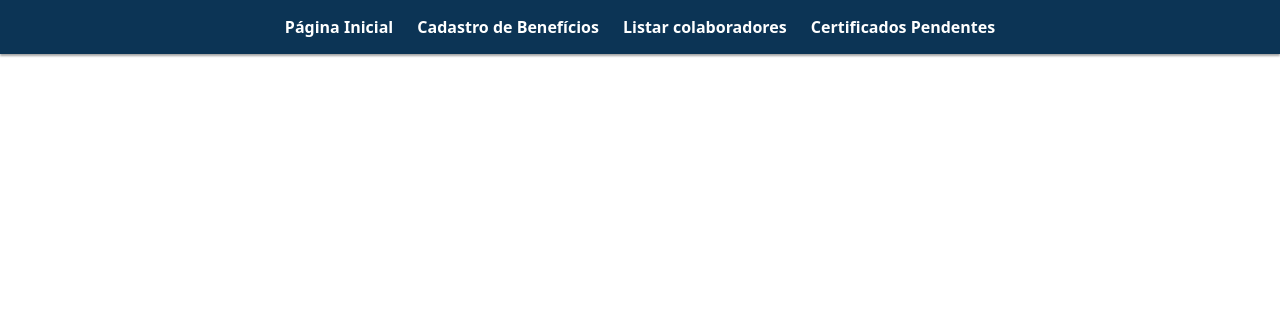
Repository: mumuryllo/ProjetoZupPointsCatalisa5
Page: ZuPointsCatalisa5 Front-End/gestor.html
An editor plug-in stored every save of this project. The page is shown before and after the next save, followed by the edit.
The browser window is 1280 px wide. The pictures show the whole page.

Above is the page before, as saved 2023-10-12 18:02:59.

### ZuPointsCatalisa5 Front-End/gestor.html
<!DOCTYPE html>
<html lang="en">
<head>
    <meta charset="UTF-8">
    <meta name="viewport" content="width=device-width, initial-scale=1.0">
    <title>Gestor</title>

    <link rel="stylesheet" href="style/nav-bar.css">

    <link href="https://cdn.jsdelivr.net/npm/bootstrap@5.3.2/dist/css/bootstrap.min.css" rel="stylesheet"
    integrity="sha384-T3c6CoIi6uLrA9TneNEoa7RxnatzjcDSCmG1MXxSR1GAsXEV/Dwwykc2MPK8M2HN" crossorigin="anonymous">


</head>
<body>

    <nav>
        <a href="index.html">Página Inicial</a>
        <a href="cadastro.html">Cadastro de Benefícios</a>
        <a href="buscarTodos.html">Listar colaboradores</a>
        <a href="listagem_certficados_gestor.html">Certificados Pendentes</a>
    </nav>

</body>

</html>

### ZuPointsCatalisa5 Front-End/style/nav-bar.css
:root {
    --cor0: #0e1a33;
    --cor1: #061b2c;
    --cor2: #0c3455;
    --cor3: #8dc63F;
    --cor4: #40ba84;
    --cor5: #ef4123;
    --cor6: #f7941e;
    --cor7: #909090;
    --cor8: #ffffff;

    --fonte-padrao: Arial, Verdana, Helvetica, sans-serif;
    --fonte-destaque: 'Bebas Neue', cursive;
}

header {
    background-image: linear-gradient(to bottom, var(--cor0), var(--cor2));
    text-align: center;
    min-height: 150px;
    padding-top: 30px;
}

header>h1 {
    color: var(--cor8);
    font-weight: normal;
    font-size: 3em;
    margin-bottom: 20px;
    text-shadow: 2px 2px 0 rgba(0, 0, 0, 0.466);
}

header>p {
    color: var(--cor8);
    font-size: 1.2em;
    padding-left: 10px;
    padding-right: 10px;
    margin: auto;
    padding-bottom: 20px;
    text-shadow: 2px 2px 0 rgba(0, 0, 0, 0.466);
}

nav {
    background-color: var(--cor2);
    padding: 15px;
    box-shadow: 0px 2px 2px #0000005b;
    text-align: center;
    margin-bottom: 10px;
}

nav a {
    color: var(--cor8);
    padding: 10px;
    text-decoration: none;
    font-weight: bold;
    transition-duration: 0.5s;
}

nav a:hover {
    border-bottom: 5px solid var(--cor3);
    padding-bottom: 2px;
    text-decoration: none;/
}

After the next save:
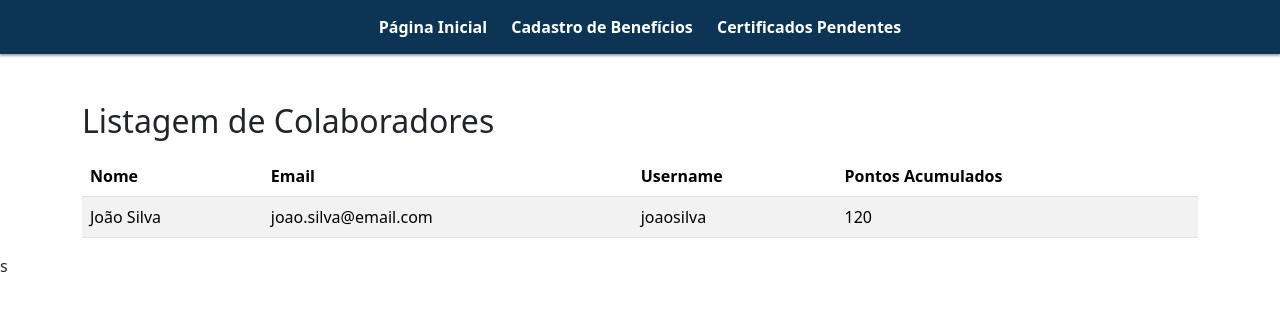
Saved 14 s later.
--- a/ZuPointsCatalisa5 Front-End/gestor.html
+++ b/ZuPointsCatalisa5 Front-End/gestor.html
@@ -17,10 +17,38 @@
     <nav>
         <a href="index.html">Página Inicial</a>
         <a href="cadastro.html">Cadastro de Benefícios</a>
-        <a href="buscarTodos.html">Listar colaboradores</a>
+
         <a href="listagem_certficados_gestor.html">Certificados Pendentes</a>
     </nav>
 
+
+<div class="container mt-5">
+    <h2>Listagem de Colaboradores</h2>
+
+    <table class="table table-striped mt-3">
+        <thead>
+            <tr>
+                <th>Nome</th>
+                <th>Email</th>
+                <th>Username</th>
+                <th>Pontos Acumulados</th>
+            </tr>
+        </thead>
+        <tbody>
+            <!-- Exemplo de linha -->
+            <tr>
+                <td>João Silva</td>
+                <td>joao.silva@email.com</td>
+                <td>joaosilva</td>
+                <td>120</td>
+            </tr>
+            <!-- Pode adicionar mais linhas aqui conforme a necessidade -->
+        </tbody>
+    </table>
+</div>
+
+<script src="https://cdn.jsdelivr.net/npm/bootstrap@5.3.2/dist/js/bootstrap.bundle.min.js" integrity="sha384-C6RzsynM9kWDrMNeT87bh95OGNyZPhcTNXj1NW7RuBCsyN/o0jlpcV8Qyq46cDfL" crossorigin="anonymous"></script>
+s
 </body>
 
 </html>
